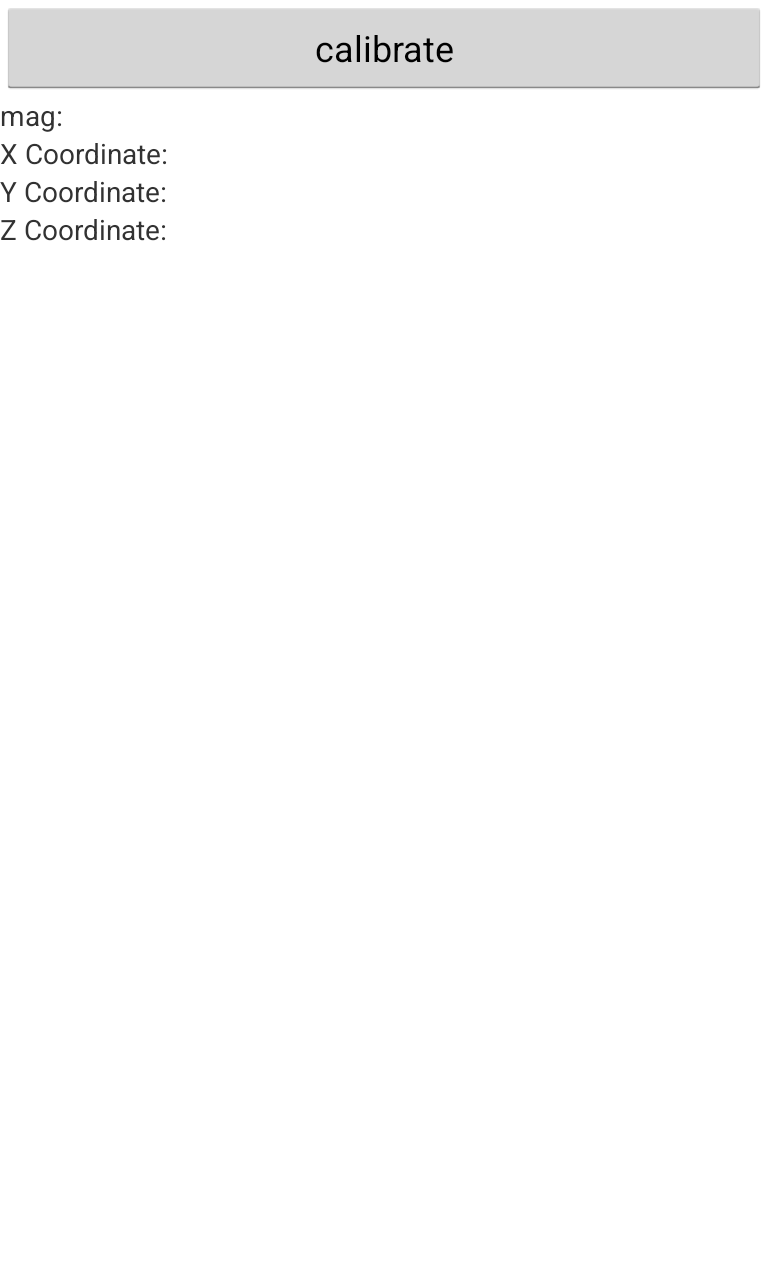
Repository: ayueh/hackmit
Layout: vibe/res/layout/activity_main.xml
These files come from the project's save history. The layout is drawn as it stood at one moment and after the next save; the edit follows.
It is drawn on a 768 x 1280 px phone screen (xhdpi) without system bars, with theme AppTheme; the app's code is not run.

Above is the layout before, as saved 2013-10-06 00:20:36.

### vibe/res/layout/activity_main.xml
<?xml version="1.0" encoding="utf-8"?>
<TableLayout
	xmlns:android="http://schemas.android.com/apk/res/android"
	android:layout_width="fill_parent"
	android:layout_height="fill_parent">

    <Button
     android:layout_height="wrap_content"
     android:layout_width="wrap_content"
     android:text="calibrate"
     android:onClick="calibrate" />

	<TableRow>
	<TextView
		android:id="@+id/mag"
		android:text="mag: "
		android:layout_width="wrap_content"
		android:layout_height="wrap_content"
	/>
	</TableRow>

	<TableRow>
	<TextView
		android:id="@+id/xcoor"
		android:text="X Coordinate: "
		android:layout_width="wrap_content"
		android:layout_height="wrap_content"
	/>
	</TableRow>

	<TableRow>
	<TextView
		android:id="@+id/ycoor"
		android:text="Y Coordinate: "
		android:layout_width="wrap_content"
		android:layout_height="wrap_content"
	/>
	</TableRow>

	<TableRow>
	<TextView
		android:id="@+id/zcoor"
		android:text="Z Coordinate: "
		android:layout_width="wrap_content"
		android:layout_height="wrap_content"
	/>
	</TableRow>

</TableLayout>

Loaded but not shown: vibe/res/values/styles.xml (common file); vibe/res/values-v11/styles.xml (common file); vibe/res/values-v14/styles.xml (common file)

After the next save:
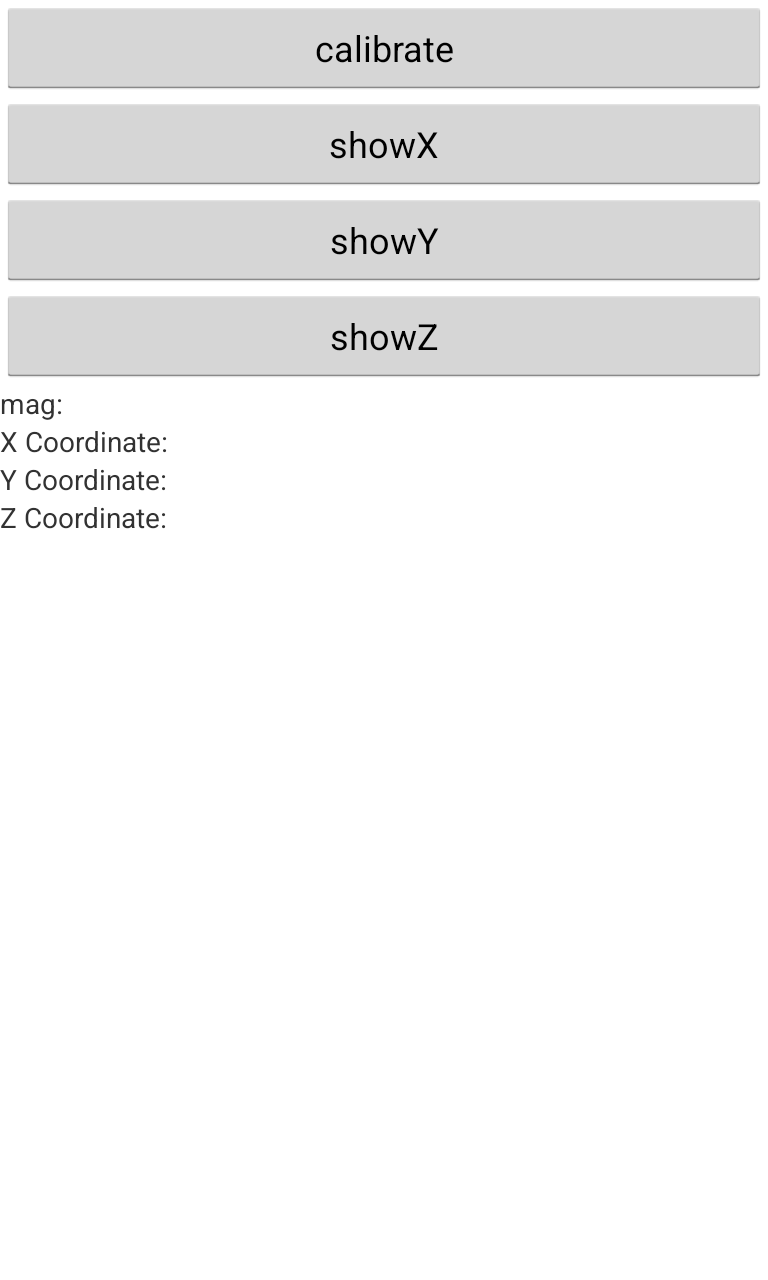
Saved 84 s later.
--- a/vibe/res/layout/activity_main.xml
+++ b/vibe/res/layout/activity_main.xml
@@ -8,6 +8,24 @@
      android:layout_height="wrap_content"
      android:layout_width="wrap_content"
      android:text="calibrate"
+     android:onClick="calibrate" />
+
+    <Button
+     android:layout_height="wrap_content"
+     android:layout_width="wrap_content"
+     android:text="showX"
+     android:onClick="calibrate" />
+
+    <Button
+     android:layout_height="wrap_content"
+     android:layout_width="wrap_content"
+     android:text="showY"
+     android:onClick="calibrate" />
+
+    <Button
+     android:layout_height="wrap_content"
+     android:layout_width="wrap_content"
+     android:text="showZ"
      android:onClick="calibrate" />
 
 	<TableRow>
